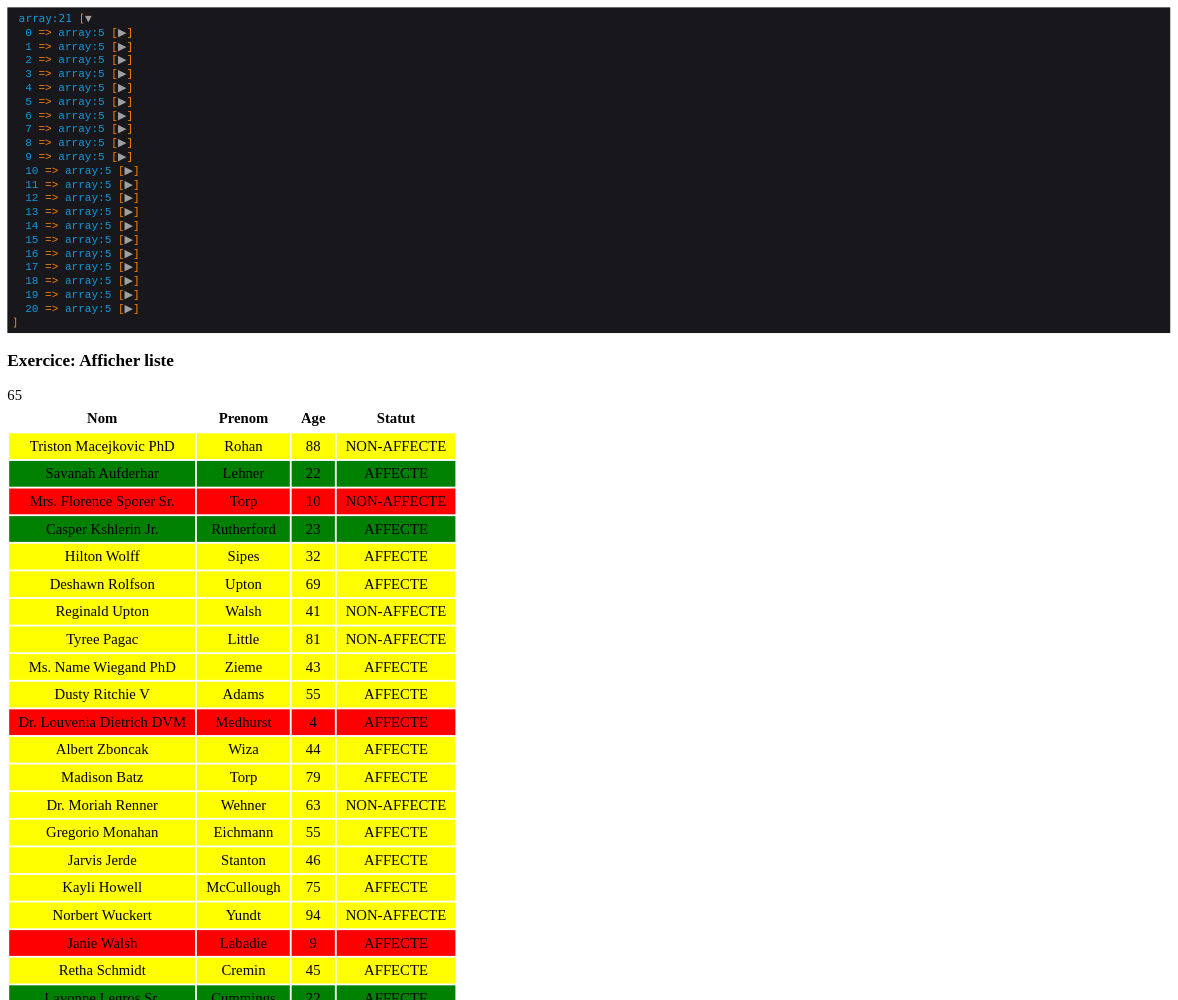
Repository: Bfabien99/PHPREPO
Page: http://localhost/
An editor plug-in stored every save of this project. The page is shown before and after the next save, followed by the edit.
The browser window is 1280 px wide. The pictures show the whole page, at 92% of full size.
The page is run by PHP 8.4 with error messages shown; the project is at /var/www/html/.

Above is the page before, as saved 2021-12-10 11:14:03.

After the next save:
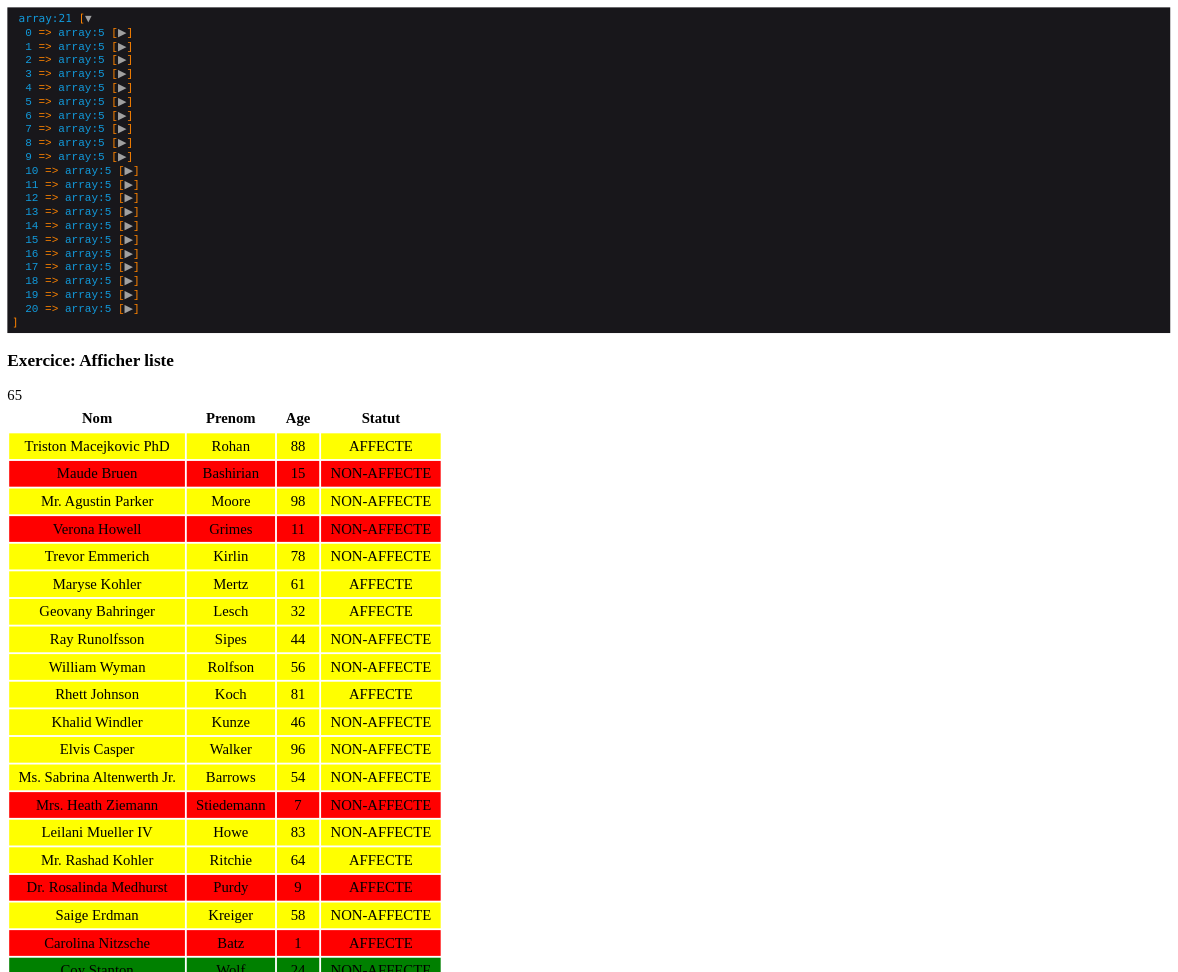
Saved 83 s later.
--- a/MakeFakeData/src/index.php
+++ b/MakeFakeData/src/index.php
@@ -16,7 +16,7 @@ while($i <= 20) {
 	$index = 0;
 	$max = $faker->numberBetween($min=1,$max=10);
 	while($index < $max) {
-		$notes[] = $faker->numberBetween($min=1,$max=20);
+		$notes[] = $faker->numberBetween($min=1,$max=10);
 		$index++;
 	}
 	$person["notes"] = $notes;
